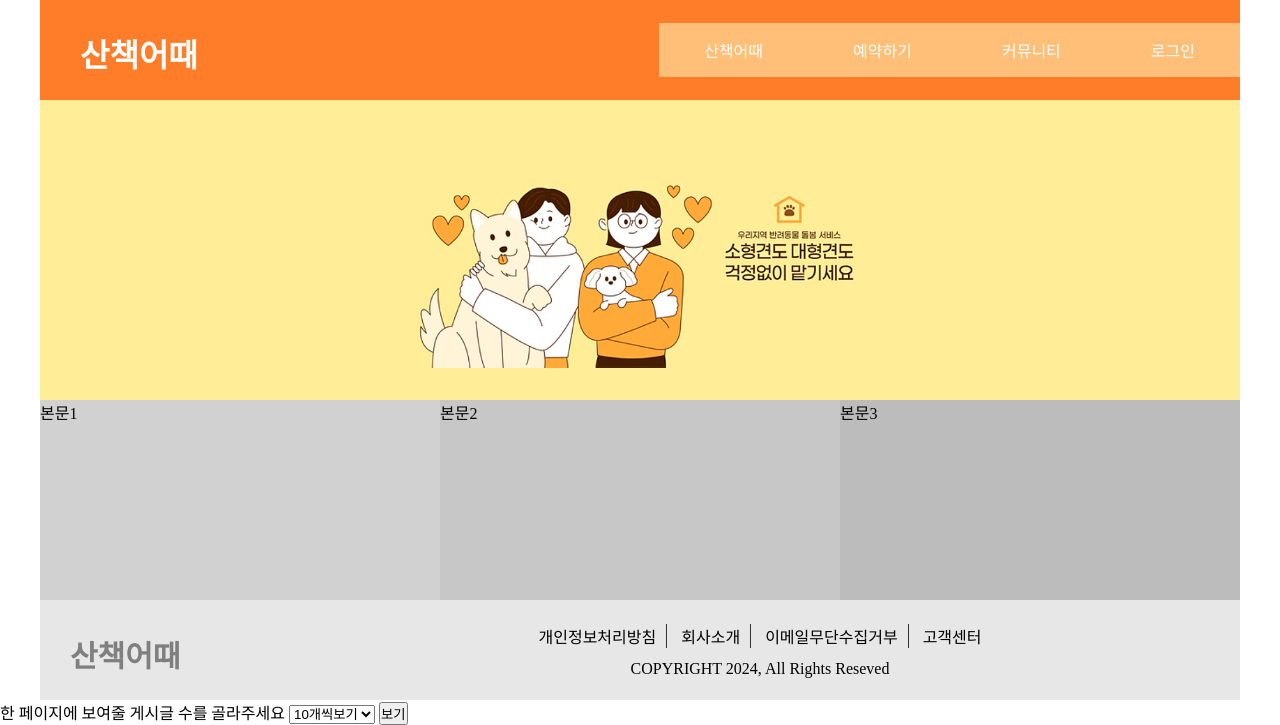
Repository: to-flatwhite1/portfolio
Page: http://localhost/JSP/
An editor plug-in stored every save of this project. The page is shown before and after the next save, followed by the edit.
The browser window is 1280 px wide. The pictures show the whole page.
The page is served by Tomcat 9.

Above is the page before, as saved 2024-07-08 03:10:55.

After the next save:
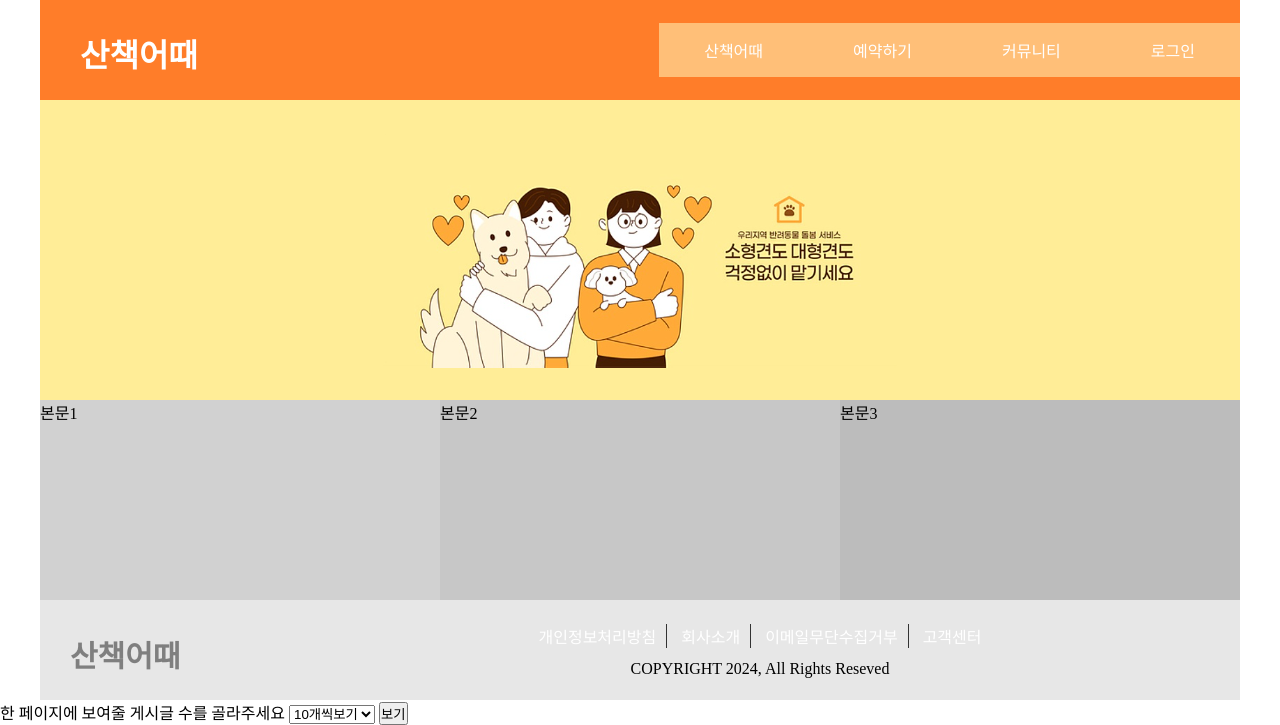
Saved 118 s later.
--- a/JSP/src/main/webapp/index.css
+++ b/JSP/src/main/webapp/index.css
@@ -6,7 +6,7 @@
 }
 a {
     text-decoration: none;
-  	color: inherit;
+  	color: white;
 }
 
 
